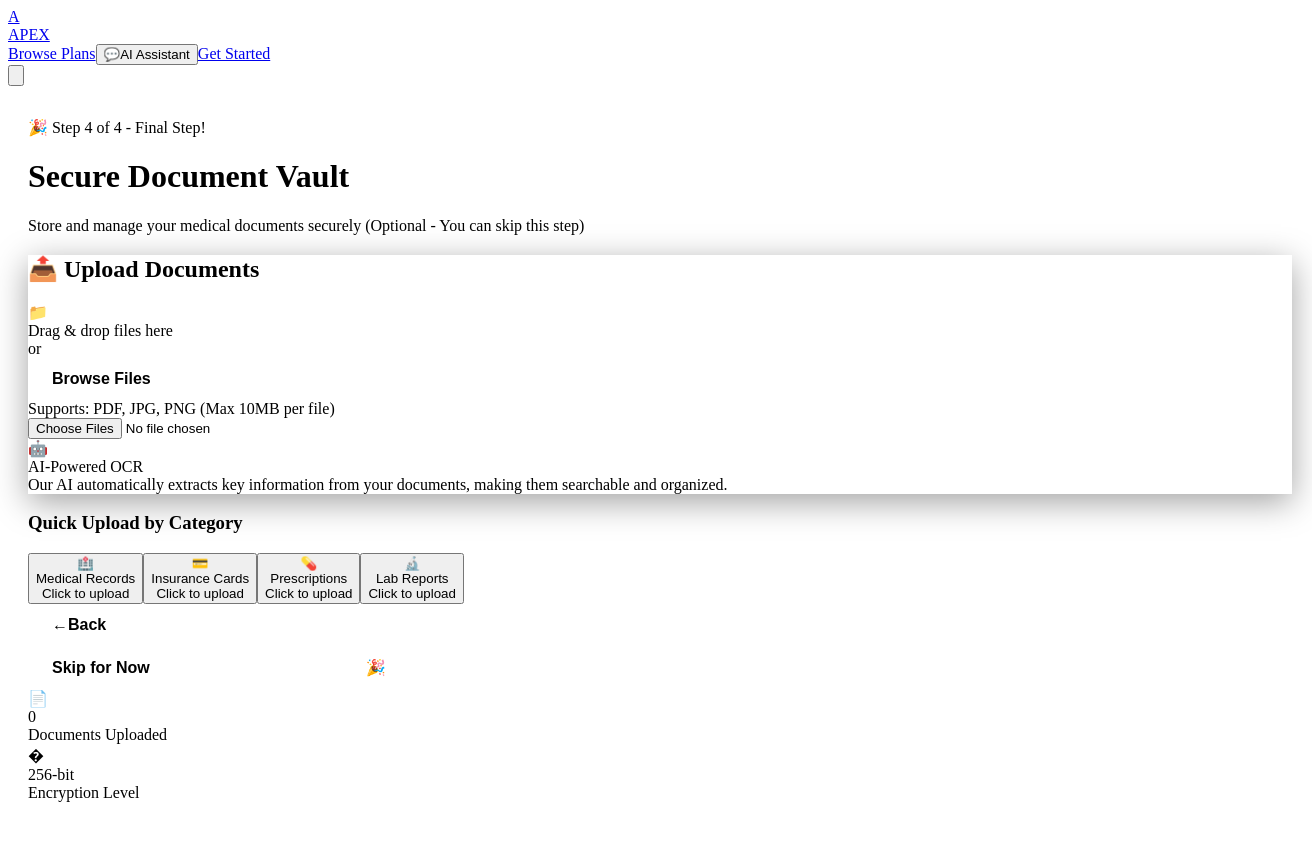
Repository: hmhhmm/Apex-AI-Driven-Insurance-Recommendation-System
Page: /onboarding/documents (app in client/)
The author's editor kept a copy of each file at every save. The page is drawn from the files as they stood at one save, then again after the next save.
The browser window is 1280 px wide. The page is 1312 px wide, so the pictures cover 1312 px, including what lies to the right of the window. The pictures show the whole page.
The project was rebuilt for these pictures with package versions that can differ from the ones it lists, and the page was loaded fresh each time. Also part of the build but not shown: client/src/components/chat/ChatHeader.tsx, client/src/components/chat/ChatMessages.tsx, client/src/components/chat/QuickActions.tsx, client/src/components/chat/ChatInput.tsx, client/src/components/landing/ParticleBackground.tsx, client/src/components/landing/AnimatedHero.tsx, client/src/components/landing/DashboardCard.tsx, client/src/pages/Landing.tsx and 11 more.

Above is the page before, as saved 2025-11-01 21:08:01.

### client/index.html
<!DOCTYPE html>
<html lang="en">
  <head>
    <meta charset="UTF-8" />
    <meta name="viewport" content="width=device-width, initial-scale=1.0" />
    <title>APEX</title>
  </head>
  <body>
    <div id="root"></div>
    <script type="module" src="/src/main.tsx"></script>
  </body>
</html>

### client/src/main.tsx
import React from 'react'
import { createRoot } from 'react-dom/client'
import App from './App'
import './styles.css'

const container = document.getElementById('root')!
const root = createRoot(container)
root.render(
  <React.StrictMode>
    <App />
  </React.StrictMode>
)

### client/src/store/authStore.ts
import { create } from 'zustand'
import { persist } from 'zustand/middleware'

interface User {
  id: string
  email: string
  name: string
  hasPurchased: boolean
  activePlans?: any[]
}

interface AuthState {
  user: User | null
  isAuthenticated: boolean
  login: (email: string, password: string) => Promise<void>
  signup: (email: string, password: string, name: string) => Promise<void>
  logout: () => void
}

export const useAuthStore = create<AuthState>()(
  persist(
    (set) => ({
      user: null,
      isAuthenticated: false,

      login: async (email, password) => {
        // Mock login - replace with real API call
        await new Promise(resolve => setTimeout(resolve, 1000))

        const mockUser: User = {
          id: '1',
          email,
          name: email.split('@')[0],
          hasPurchased: false,
        }

        set({ user: mockUser, isAuthenticated: true })
      },

      signup: async (email, password, name) => {
        // Mock signup - replace with real API call
        await new Promise(resolve => setTimeout(resolve, 1000))

        const mockUser: User = {
          id: Math.random().toString(36).substr(2, 9),
          email,
          name,
          hasPurchased: false,
        }

        set({ user: mockUser, isAuthenticated: true })
      },

      logout: () => {
        set({ user: null, isAuthenticated: false })
      },
    }),
    {
      name: 'apex-auth',
    }
  )
)

### client/src/hooks/useChatPanel.ts
import { useEffect } from 'react'
import { useLocation } from 'react-router-dom'
import { useChatPanelStore } from '../store/chatPanelStore'

export const useChatPanel = () => {
  const location = useLocation()
  const {
    isOpen,
    messages,
    isTyping,
    openChat,
    closeChat,
    toggleChat,
    sendMessage,
    setContext,
    markAsRead
  } = useChatPanelStore()

  // Update context when route changes
  useEffect(() => {
    setContext(location.pathname)
  }, [location.pathname, setContext])

  // Get unread message count
  const unreadCount = messages.filter(m => !m.read && m.type === 'bot').length

  return {
    isOpen,
    messages,
    isTyping,
    unreadCount,
    openChat,
    closeChat,
    toggleChat,
    sendMessage,
    markAsRead,
    currentPage: location.pathname,
  }
}

### client/src/hooks/useKeyboardShortcut.ts
import { useEffect } from 'react'

interface KeyboardShortcutOptions {
  key: string
  ctrlKey?: boolean
  metaKey?: boolean
  shiftKey?: boolean
  altKey?: boolean
  callback: () => void
}

export const useKeyboardShortcut = ({
  key,
  ctrlKey = false,
  metaKey = false,
  shiftKey = false,
  altKey = false,
  callback,
}: KeyboardShortcutOptions) => {
  useEffect(() => {
    const handleKeyDown = (event: KeyboardEvent) => {
      // Check if all modifier keys match
      const ctrlMatch = ctrlKey ? event.ctrlKey : !event.ctrlKey
      const metaMatch = metaKey ? event.metaKey : !event.metaKey
      const shiftMatch = shiftKey ? event.shiftKey : !event.shiftKey
      const altMatch = altKey ? event.altKey : !event.altKey

      // Check if key matches (case-insensitive)
      const keyMatch = event.key.toLowerCase() === key.toLowerCase()

      if (keyMatch && ctrlMatch && metaMatch && shiftMatch && altMatch) {
        event.preventDefault()
        callback()
      }
    }

    window.addEventListener('keydown', handleKeyDown)
    return () => window.removeEventListener('keydown', handleKeyDown)
  }, [key, ctrlKey, metaKey, shiftKey, altKey, callback])
}

// Specific hook for chat toggle (Cmd/Ctrl + K)
export const useChatToggleShortcut = (callback: () => void) => {
  useKeyboardShortcut({
    key: 'k',
    ctrlKey: true,
    metaKey: true, // Works for both Ctrl (Windows) and Cmd (Mac)
    callback,
  })
}

// Specific hook for closing chat (Escape)
export const useEscapeKey = (callback: () => void) => {
  useKeyboardShortcut({
    key: 'Escape',
    callback,
  })
}

### client/src/components/chat/ChatPanel.tsx
import { motion, AnimatePresence } from 'framer-motion'
import { useChatPanel } from '../../hooks/useChatPanel'
import { useEscapeKey } from '../../hooks/useKeyboardShortcut'
import ChatHeader from './ChatHeader'
import ChatMessages from './ChatMessages'
import QuickActions from './QuickActions'
import ChatInput from './ChatInput'

const ChatPanel = () => {
  const { isOpen, closeChat } = useChatPanel()

  // Close chat on Escape key
  useEscapeKey(closeChat)

  return (
    <AnimatePresence>
      {isOpen && (
        <>
          {/* Optional backdrop for focus - uncomment if desired */}
          {/* <motion.div
            initial={{ opacity: 0 }}
            animate={{ opacity: 1 }}
            exit={{ opacity: 0 }}
            onClick={closeChat}
            className="fixed inset-0 bg-black/20 z-30"
          /> */}

          {/* Chat Panel - Desktop */}
          <motion.aside
            initial={{ x: '100%' }}
            animate={{ x: 0 }}
            exit={{ x: '100%' }}
            transition={{
              type: 'spring',
              damping: 30,
              stiffness: 300,
              mass: 0.8
            }}
            className="hidden md:flex fixed right-0 top-16 h-[calc(100vh-4rem)] w-[25%] min-w-[300px] max-w-[500px] bg-zinc-950 border-l border-zinc-800 shadow-2xl shadow-black/50 z-40 flex-col"
          >
            <ChatHeader />
            <ChatMessages />
            <QuickActions />
            <ChatInput />
          </motion.aside>

          {/* Chat Panel - Mobile (Full Screen Overlay) */}
          <motion.div
            initial={{ y: '100%' }}
            animate={{ y: 0 }}
            exit={{ y: '100%' }}
            transition={{
              type: 'spring',
              damping: 30,
              stiffness: 300
            }}
            className="md:hidden fixed inset-0 top-16 bg-zinc-950 z-40 flex flex-col"
          >
            <ChatHeader />
            <ChatMessages />
            <QuickActions />
            <ChatInput />
          </motion.div>
        </>
      )}
    </AnimatePresence>
  )
}

export default ChatPanel

### client/src/pages/onboarding/DocumentVault/index.tsx
import { useState, useRef } from 'react'
import { motion, AnimatePresence } from 'framer-motion'
import { useNavigate } from 'react-router-dom'
import { useOnboardingStore, type DocumentVaultData } from '../../../store/onboardingStore'

interface UploadedDoc {
  id: string
  name: string
  type: 'medical' | 'insurance' | 'prescription' | 'lab-report'
  uploadDate: string
  url: string
  size: number
}

export default function DocumentVault() {
  const navigate = useNavigate()
  const { saveDocumentVault, completeOnboarding, goToPreviousStep } = useOnboardingStore()
  const [uploadedDocs, setUploadedDocs] = useState<UploadedDoc[]>([])
  const [isDragging, setIsDragging] = useState(false)
  const fileInputRef = useRef<HTMLInputElement>(null)

  const docTypes = [
    { id: 'medical', label: 'Medical Records', icon: '🏥', color: 'blue' },
    { id: 'insurance', label: 'Insurance Cards', icon: '💳', color: 'purple' },
    { id: 'prescription', label: 'Prescriptions', icon: '💊', color: 'green' },
    { id: 'lab-report', label: 'Lab Reports', icon: '🔬', color: 'pink' }
  ]

  const handleFileUpload = async (files: FileList | null, type: string) => {
    if (!files) return

    // Validate files
    const validFiles = Array.from(files).filter(file => {
      const isValidType = file.type === 'application/pdf' ||
                          file.type.startsWith('image/jpeg') ||
                          file.type.startsWith('image/jpg') ||
                          file.type.startsWith('image/png')
      const isValidSize = file.size <= 10 * 1024 * 1024 // 10MB

      if (!isValidType) {
        alert(`${file.name} is not a supported file type. Please upload PDF, JPG, or PNG files.`)
        return false
      }
      if (!isValidSize) {
        alert(`${file.name} is too large. Maximum file size is 10MB.`)
        return false
      }
      return true
    })

    const newDocs: UploadedDoc[] = validFiles.map(file => ({
      id: Math.random().toString(36).substr(2, 9),
      name: file.name,
      type: type as any,
      uploadDate: new Date().toISOString(),
      url: URL.createObjectURL(file),
      size: file.size
    }))

    setUploadedDocs(prev => [...prev, ...newDocs])
  }

  const handleDrop = (e: React.DragEvent) => {
    e.preventDefault()
    setIsDragging(false)
    handleFileUpload(e.dataTransfer.files, 'medical')
  }

  const handleCategoryUpload = (categoryType: string) => {
    const input = document.createElement('input')
    input.type = 'file'
    input.multiple = true
    input.accept = '.pdf,.jpg,.jpeg,.png'
    input.onchange = (e) => {
      const files = (e.target as HTMLInputElement).files
      handleFileUpload(files, categoryType)
    }
    input.click()
  }

  const handleComplete = async () => {
    saveDocumentVault({
      uploadedDocs,
      connectedProviders: []
    })
    completeOnboarding()
    navigate('/dashboard')
  }

  const handleBack = () => {
    goToPreviousStep()
    navigate('/onboarding/dna-test')
  }

  return (
    <div className="min-h-screen py-12 relative overflow-hidden">
      {/* Enhanced Background */}
      <div className="fixed inset-0 -z-10">
        <div className="absolute inset-0 bg-gradient-to-br from-[#0a0a0a] via-[#1a1a2e] to-[#0a0a0a]" />
        <motion.div
          className="absolute top-0 -left-1/4 w-1/2 h-1/2 bg-purple-500/20 rounded-full blur-[120px]"
          animate={{ scale: [1, 1.2, 1], opacity: [0.3, 0.5, 0.3] }}
          transition={{ duration: 8, repeat: Infinity, ease: "easeInOut" }}
        />
        <motion.div
          className="absolute top-1/4 -right-1/4 w-1/2 h-1/2 bg-blue-500/20 rounded-full blur-[120px]"
          animate={{ scale: [1.2, 1, 1.2], opacity: [0.4, 0.6, 0.4] }}
          transition={{ duration: 10, repeat: Infinity, ease: "easeInOut" }}
        />
        <div className="absolute inset-0 bg-[linear-gradient(rgba(255,255,255,0.02)_1px,transparent_1px),linear-gradient(90deg,rgba(255,255,255,0.02)_1px,transparent_1px)] bg-[size:100px_100px] [mask-image:radial-gradient(ellipse_80%_50%_at_50%_50%,black,transparent)]" />
      </div>

      <div className="max-w-6xl mx-auto px-4 sm:px-6 lg:px-8 relative z-10">

        {/* Header */}
        <motion.div
          initial={{ opacity: 0, y: 20 }}
          animate={{ opacity: 1, y: 0 }}
          className="text-center mb-12"
        >
          <motion.div
            initial={{ scale: 0 }}
            animate={{ scale: 1 }}
            transition={{ type: "spring", stiffness: 100, delay: 0.2 }}
            className="inline-block mb-6"
          >
            <div className="px-4 py-2 bg-green-500/10 text-green-400 rounded-full text-sm font-semibold border border-green-500/20 backdrop-blur-xl">
              🎉 Step 4 of 4 - Final Step!
            </div>
          </motion.div>
          <h1 className="text-4xl md:text-6xl font-light mb-4">
            Secure <span className="font-normal bg-gradient-to-r from-blue-400 to-purple-400 bg-clip-text text-transparent">Document Vault</span>
          </h1>
          <p className="text-xl text-gray-400 max-w-2xl mx-auto">
            Store and manage your medical documents securely (Optional - You can skip this step)
          </p>

          {/* Progress Bar */}
          <div className="mt-8 w-full bg-zinc-900 rounded-full h-2">
            <div className="bg-gradient-to-r from-blue-600 to-purple-600 h-2 rounded-full transition-all duration-500" style={{ width: '100%' }}></div>
          </div>
        </motion.div>

        {/* Upload Content */}
        <motion.div
          initial={{ opacity: 0, y: 20 }}
          animate={{ opacity: 1, y: 0 }}
          transition={{ delay: 0.2 }}
          className="space-y-6"
        >
              {/* Drag & Drop Zone */}
              <div className="backdrop-blur-2xl bg-gradient-to-br from-white/[0.07] to-white/[0.02] border border-white/10 rounded-3xl p-8" style={{ boxShadow: '0 8px 32px 0 rgba(0, 0, 0, 0.37)' }}>
                <h2 className="text-2xl font-light text-white mb-6 flex items-center gap-2">
                  <span>📤</span> Upload Documents
                </h2>

                <div
                  onDrop={handleDrop}
                  onDragOver={(e) => { e.preventDefault(); setIsDragging(true); }}
                  onDragLeave={() => setIsDragging(false)}
                  className={`border-2 border-dashed rounded-xl p-12 text-center transition-all duration-300 ${
                    isDragging
                      ? 'border-blue-500 bg-blue-950/30'
                      : 'border-zinc-700 hover:border-zinc-600'
                  }`}
                >
                  <div className="text-5xl mb-4">📁</div>
                  <div className="text-lg font-semibold text-white mb-2">
                    Drag & drop files here
                  </div>
                  <div className="text-sm text-gray-400 mb-4">or</div>
                  <button
                    type="button"
                    onClick={() => fileInputRef.current?.click()}
                    className="btn-secondary"
                  >
                    Browse Files
                  </button>
                  <div className="text-xs text-gray-500 mt-4">
                    Supports: PDF, JPG, PNG (Max 10MB per file)
                  </div>

                  <input
                    ref={fileInputRef}
                    type="file"
                    multiple
                    accept=".pdf,.jpg,.jpeg,.png"
                    onChange={(e) => handleFileUpload(e.target.files, 'medical')}
                    className="hidden"
                  />
                </div>

                {/* OCR Feature Highlight */}
                <div className="mt-6 p-4 bg-purple-950/20 rounded-lg border border-purple-800/30">
                  <div className="flex items-start gap-3">
                    <span className="text-2xl">🤖</span>
                    <div>
                      <div className="font-semibold text-white mb-1">AI-Powered OCR</div>
                      <div className="text-sm text-gray-400">
                        Our AI automatically extracts key information from your documents,
                        making them searchable and organized.
                      </div>
                    </div>
                  </div>
                </div>
              </div>

              {/* Quick Category Upload */}
              <div className="card">
                <h3 className="font-bold text-white mb-4">Quick Upload by Category</h3>
                <div className="grid md:grid-cols-4 gap-4">
                  {docTypes.map((type) => (
                    <button
                      key={type.id}
                      onClick={() => handleCategoryUpload(type.id)}
                      className="p-4 bg-zinc-900 hover:bg-zinc-800 rounded-xl border border-zinc-800 hover:border-blue-500 text-center transition-all duration-300 group"
                    >
                      <div className="text-3xl mb-2 group-hover:scale-110 transition-transform">{type.icon}</div>
                      <div className="text-sm font-medium text-white">{type.label}</div>
                      <div className="text-xs text-gray-500 mt-1">Click to upload</div>
                    </button>
                  ))}
                </div>
              </div>

              {/* Uploaded Files List */}
              {uploadedDocs.length > 0 && (
                <div className="card">
                  <h3 className="font-bold text-white mb-4 flex items-center justify-between">
                    <span>📋 Uploaded Files ({uploadedDocs.length})</span>
                    <button
                      onClick={() => setUploadedDocs([])}
                      className="text-sm text-red-400 hover:text-red-300"
                    >
                      Clear All
                    </button>
                  </h3>
                  <div className="space-y-3">
                    {uploadedDocs.map((doc) => (
                      <motion.div
                        key={doc.id}
                        initial={{ opacity: 0, y: 10 }}
                        animate={{ opacity: 1, y: 0 }}
                        className="flex items-center justify-between p-4 bg-zinc-900 rounded-lg border border-zinc-800 hover:border-zinc-700 transition-all"
                      >
                        <div className="flex items-center gap-4 flex-1">
                          <div className="text-3xl">
                            {docTypes.find(t => t.id === doc.type)?.icon || '📄'}
                          </div>
                          <div className="flex-1 min-w-0">
                            <div className="font-medium text-white truncate">{doc.name}</div>
                            <div className="text-sm text-gray-400">
                              {(doc.size / 1024).toFixed(2)} KB • {new Date(doc.uploadDate).toLocaleDateString()} {new Date(doc.uploadDate).toLocaleTimeString()}
                            </div>
                          </div>
                        </div>
                        <div className="flex items-center gap-2">
                          <a
                            href={doc.url}
                            target="_blank"
                            rel="noopener noreferrer"
                            className="px-3 py-2 text-blue-400 hover:text-blue-300 hover:bg-blue-950/30 rounded-lg transition-all"
                          >
                            👁️ View
                          </a>
                          <button
                            onClick={() => setUploadedDocs(prev => prev.filter(d => d.id !== doc.id))}
                            className="px-3 py-2 text-red-400 hover:text-red-300 hover:bg-red-950/30 rounded-lg transition-all"
                          >
                            🗑️ Delete
                          </button>
                        </div>
                      </motion.div>
                    ))}
                  </div>
                </div>
              )}
            </motion.div>

        {/* Navigation */}
        <motion.div
          initial={{ opacity: 0 }}
          animate={{ opacity: 1 }}
          transition={{ delay: 0.3 }}
          className="flex justify-between items-center mt-12"
        >
          <button
            onClick={handleBack}
            className="btn-secondary flex items-center gap-2"
          >
            <span>←</span>
            Back
          </button>

          <div className="flex gap-4">
            <button
              onClick={handleComplete}
              className="btn-secondary"
            >
              Skip for Now
            </button>

            <button
              onClick={handleComplete}
              className="btn-primary flex items-center gap-2"
            >
              Complete Onboarding
              <span>🎉</span>
            </button>
          </div>
        </motion.div>

        {/* Stats */}
        <motion.div
          initial={{ opacity: 0 }}
          animate={{ opacity: 1 }}
          transition={{ delay: 0.4 }}
          className="mt-12 grid md:grid-cols-2 gap-6"
        >
          <div className="card text-center">
            <div className="text-4xl mb-2">📄</div>
            <div className="text-3xl font-bold text-white">{uploadedDocs.length}</div>
            <div className="text-sm text-gray-500">Documents Uploaded</div>
          </div>
          <div className="card text-center">
            <div className="text-4xl mb-2">�</div>
            <div className="text-3xl font-bold text-white">256-bit</div>
            <div className="text-sm text-gray-500">Encryption Level</div>
          </div>
        </motion.div>
      </div>
    </div>
  )
}

### client/src/components/chat/ChatToggleButton.tsx
import { useChatPanel } from '../../hooks/useChatPanel'

const ChatToggleButton = () => {
  const { isOpen, toggleChat, unreadCount } = useChatPanel()

  return (
    <button
      onClick={toggleChat}
      className="relative flex items-center gap-2 px-4 py-2 bg-gradient-to-r from-blue-600 to-purple-600 text-white rounded-lg hover:shadow-lg hover:shadow-blue-500/50 transition-all duration-300"
      title="Toggle AI Assistant (Cmd/Ctrl + K)"
    >
      <span className="text-xl">💬</span>
      <span className="hidden sm:inline font-medium">AI Assistant</span>

      {!isOpen && unreadCount > 0 && (
        <span className="absolute -top-1 -right-1 w-5 h-5 bg-red-500 rounded-full text-xs flex items-center justify-center font-bold animate-pulse">
          {unreadCount}
        </span>
      )}
    </button>
  )
}

export default ChatToggleButton

Loaded but not shown: client/src/styles.css (704 lines, source omitted); client/src/components/layout/Navigation.tsx (172 lines, source omitted); client/src/store/chatPanelStore.ts (182 lines, source omitted); client/src/store/onboardingStore.ts (172 lines, source omitted); client/src/App.tsx (89 lines, source omitted)

After the next save:
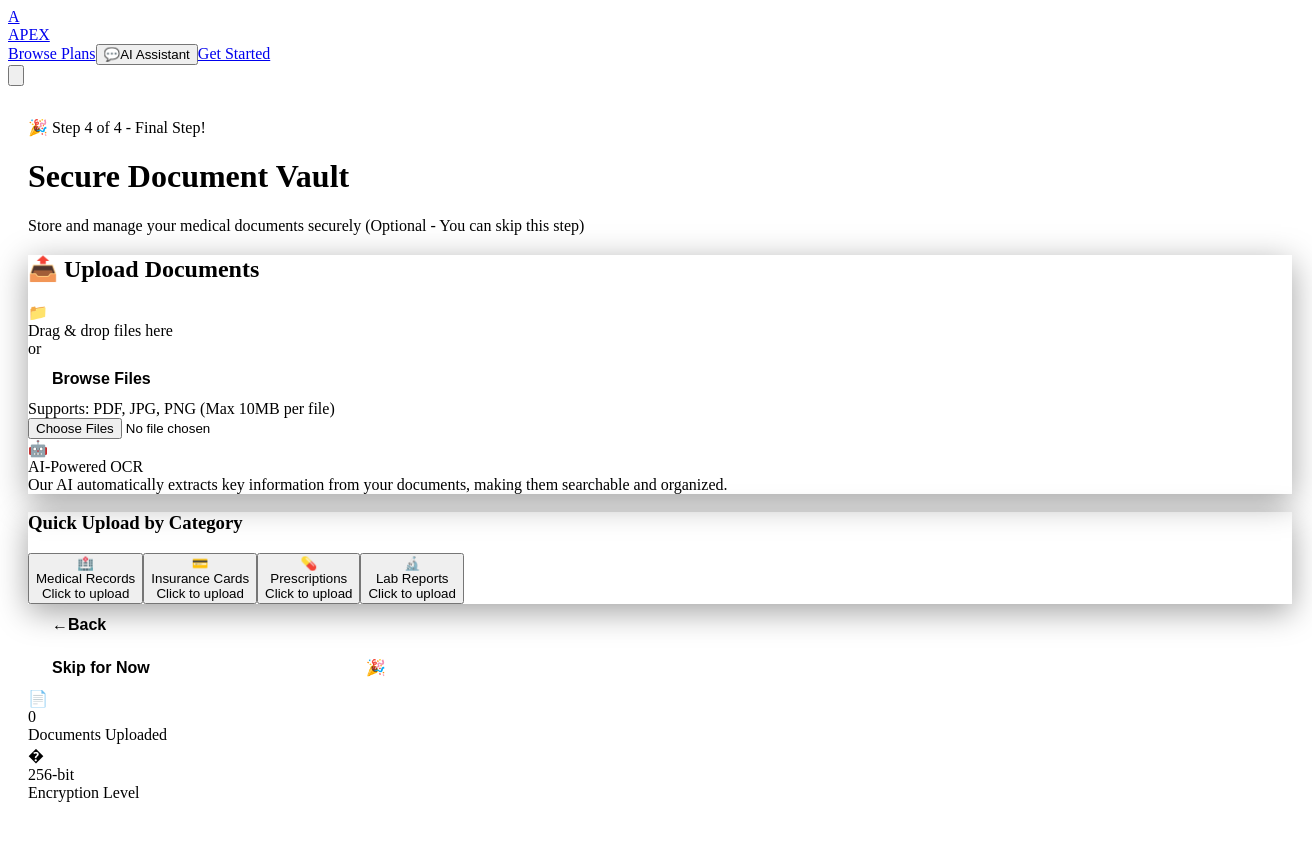
Saved 14 s later.
--- a/client/src/pages/onboarding/DocumentVault/index.tsx
+++ b/client/src/pages/onboarding/DocumentVault/index.tsx
@@ -206,8 +206,8 @@ export default function DocumentVault() {
               </div>
 
               {/* Quick Category Upload */}
-              <div className="card">
-                <h3 className="font-bold text-white mb-4">Quick Upload by Category</h3>
+              <div className="backdrop-blur-2xl bg-gradient-to-br from-white/[0.07] to-white/[0.02] border border-white/10 rounded-3xl p-8" style={{ boxShadow: '0 8px 32px 0 rgba(0, 0, 0, 0.37)' }}>
+                <h3 className="font-light text-white mb-4">Quick Upload by Category</h3>
                 <div className="grid md:grid-cols-4 gap-4">
                   {docTypes.map((type) => (
                     <button
